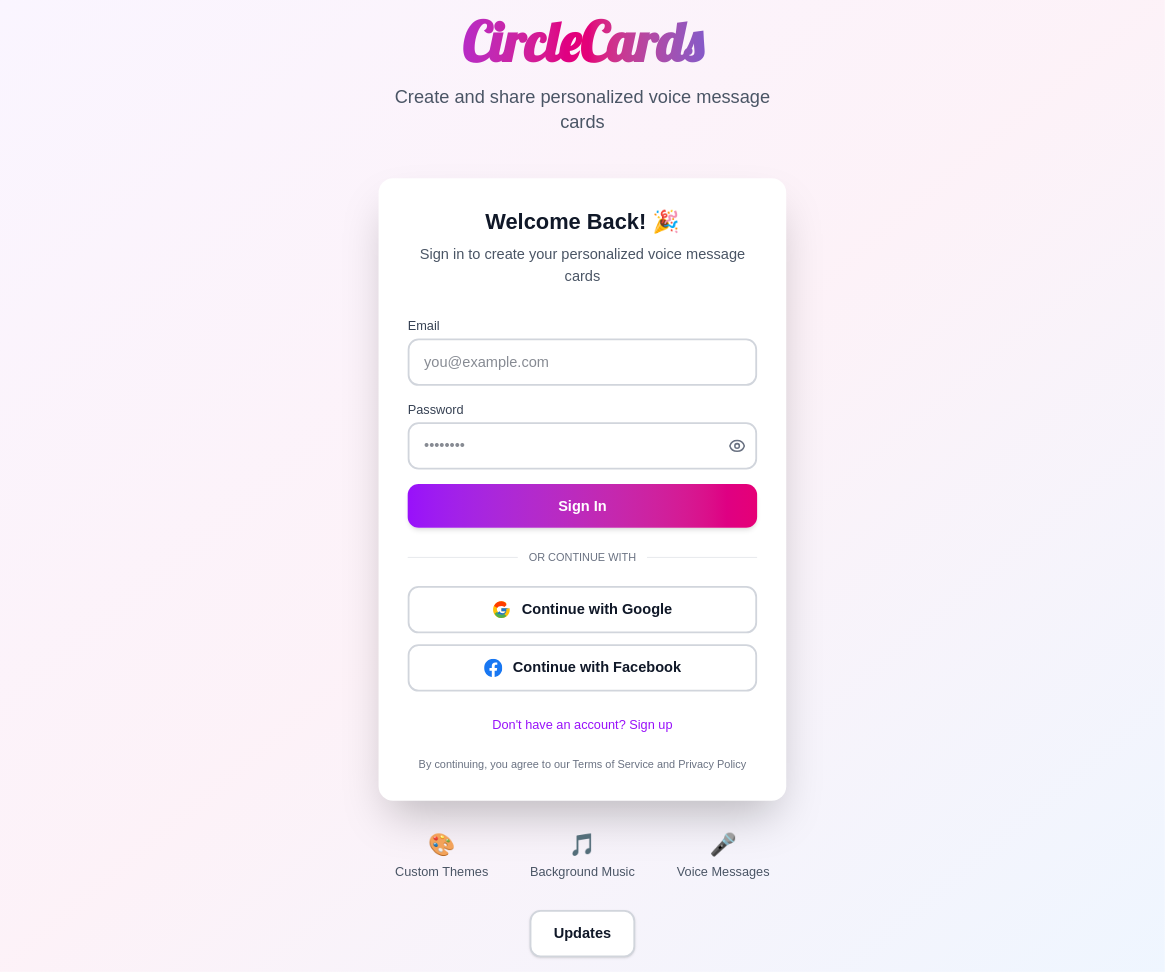
Repository: Aworminator/Birthday-Card-App
Page: /
An editor plug-in stored every save of this project. The page is shown before and after the next save, followed by the edit.
The browser window is 1280 px wide. The pictures show the whole page, at 91% of full size.
The page's requests for data from a server got no answer. The project was rebuilt for these pictures with package versions that can differ from the ones it lists, and the page was loaded fresh each time. The framework's server and built-in components were replaced by stand-ins that run in the browser. No one was signed in, and anything a server would have sent is missing. Also part of the build but not shown: next.config.ts.

Above is the page before, as saved 2025-12-27 15:26:30.

After the next save:
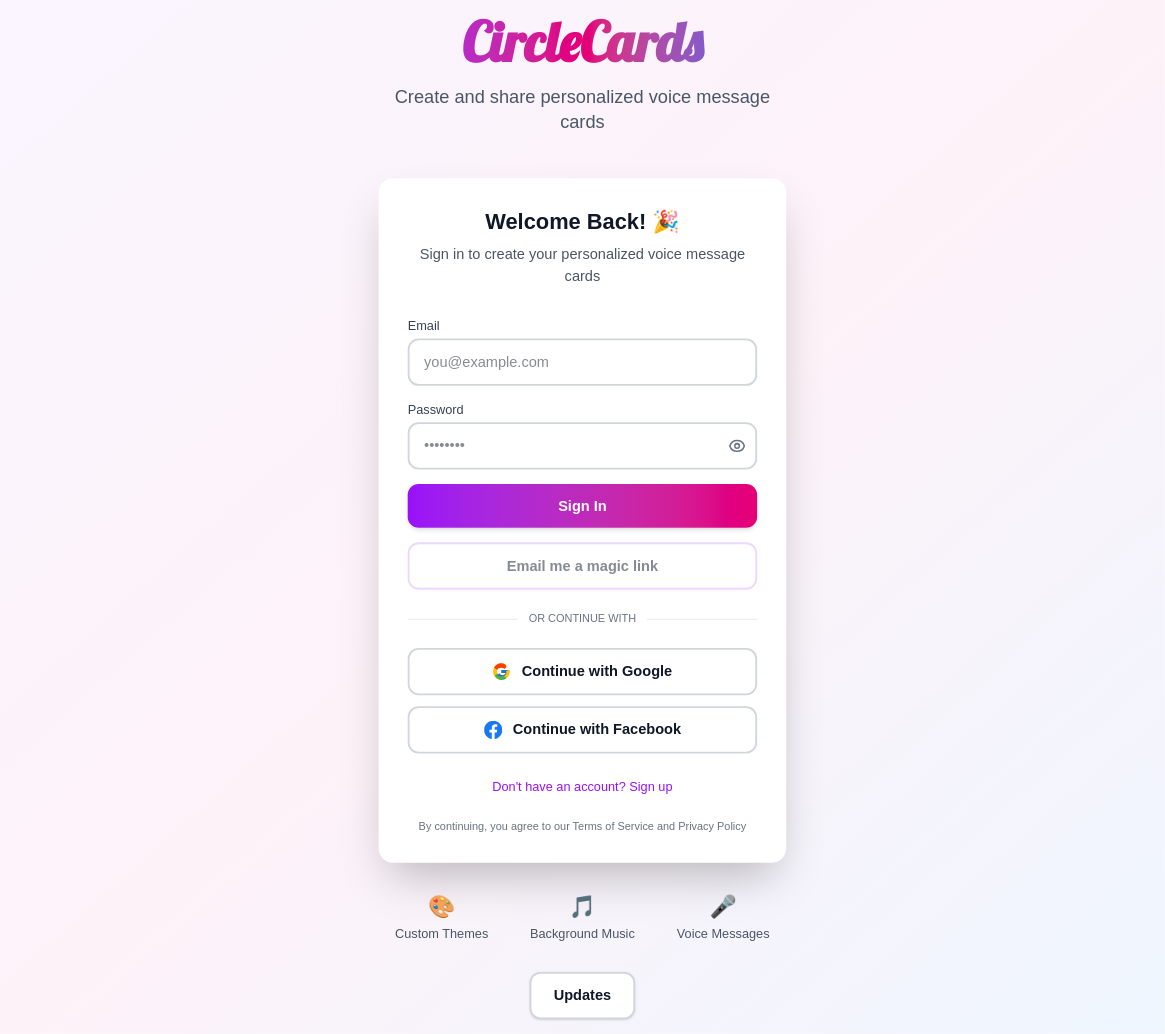
Saved 89 s later.
--- a/app/page.tsx
+++ b/app/page.tsx
@@ -116,6 +116,53 @@
     } catch (error: any) {
       console.error("OAuth error:", error);
       alert(error.message || "Sign-in failed. Please try again.");
+    } finally {
+      setAuthLoading(false);
+    }
+  };
+
+  const handleMagicLink = async () => {
+    if (!email) {
+      alert("Enter your email to receive a magic link.");
+      return;
+    }
+    setAuthLoading(true);
+    try {
+      const { error } = await supabase.auth.signInWithOtp({
+        email,
+        options: {
+          emailRedirectTo: `${window.location.origin}/auth/callback`,
+        },
+      });
+      if (error) throw error;
+      alert("Magic link sent! Check your email (and spam).\nUse the link to finish signing in.");
+    } catch (error: any) {
+      console.error("Magic link error:", error);
+      alert(error.message || "Could not send magic link.");
+    } finally {
+      setAuthLoading(false);
+    }
+  };
+
+  const handleResendConfirmation = async () => {
+    if (!email) {
+      alert("Enter your email to resend the confirmation.");
+      return;
+    }
+    setAuthLoading(true);
+    try {
+      const { error } = await supabase.auth.resend({
+        type: "signup",
+        email,
+        options: {
+          emailRedirectTo: `${window.location.origin}/auth/callback`,
+        },
+      });
+      if (error) throw error;
+      alert("Confirmation email resent! Please check your inbox (and spam).");
+    } catch (error: any) {
+      console.error("Resend confirmation error:", error);
+      alert(error.message || "Could not resend confirmation email.");
     } finally {
       setAuthLoading(false);
     }
@@ -300,6 +347,28 @@
             </button>
           </form>
 
+          {/* Passwordless / Resend options */}
+          <div className="mt-4 grid gap-2">
+            <button
+              type="button"
+              disabled={authLoading || !email}
+              onClick={handleMagicLink}
+              className="w-full px-6 py-3 border-2 border-purple-300 rounded-xl hover:border-purple-500 transition-all bg-white text-gray-900 font-semibold disabled:opacity-50 disabled:cursor-not-allowed"
+            >
+              Email me a magic link
+            </button>
+            {isSignUp && (
+              <button
+                type="button"
+                disabled={authLoading || !email}
+                onClick={handleResendConfirmation}
+                className="w-full px-6 py-3 border-2 border-gray-300 rounded-xl hover:border-gray-400 transition-all bg-white text-gray-900 font-semibold disabled:opacity-50 disabled:cursor-not-allowed"
+              >
+                Resend confirmation email
+              </button>
+            )}
+          </div>
+
           {/* Divider */}
           <div className="my-6 flex items-center">
             <div className="flex-1 h-px bg-gray-200" />
